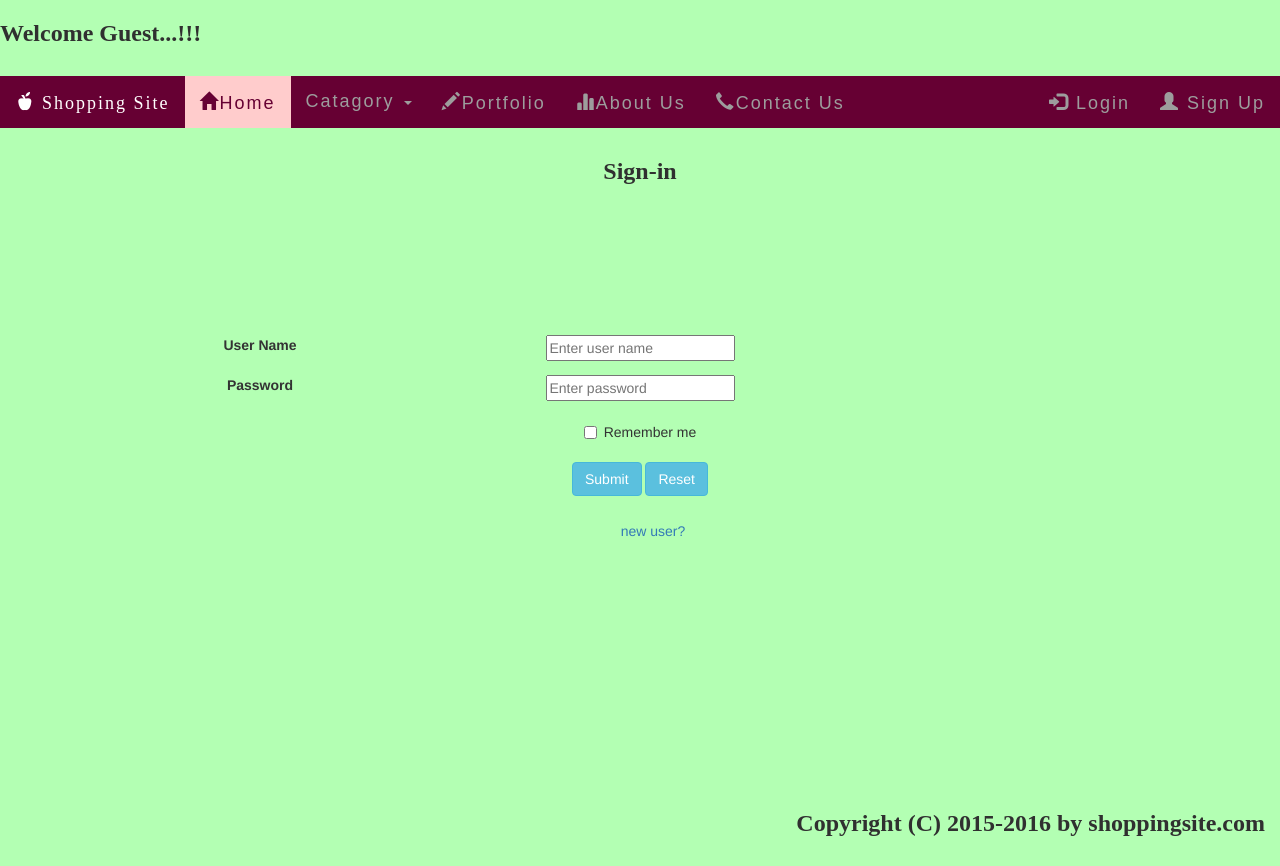
Repository: priyasuthakar/priya
Page: http://localhost/Apple/WEB-INF/views/login.jsp
The author's editor kept a copy of each file at every save. The page is drawn from the files as they stood at one save, then again after the next save.
The browser window is 1280 px wide. The pictures show the whole page.
The page is served by Tomcat 9. Nobody is signed in. The template is opened directly, without the code that normally fills it, so the values that code supplies are empty.

Above is the page before, as saved 2016-08-23 15:20:46.

After the next save:
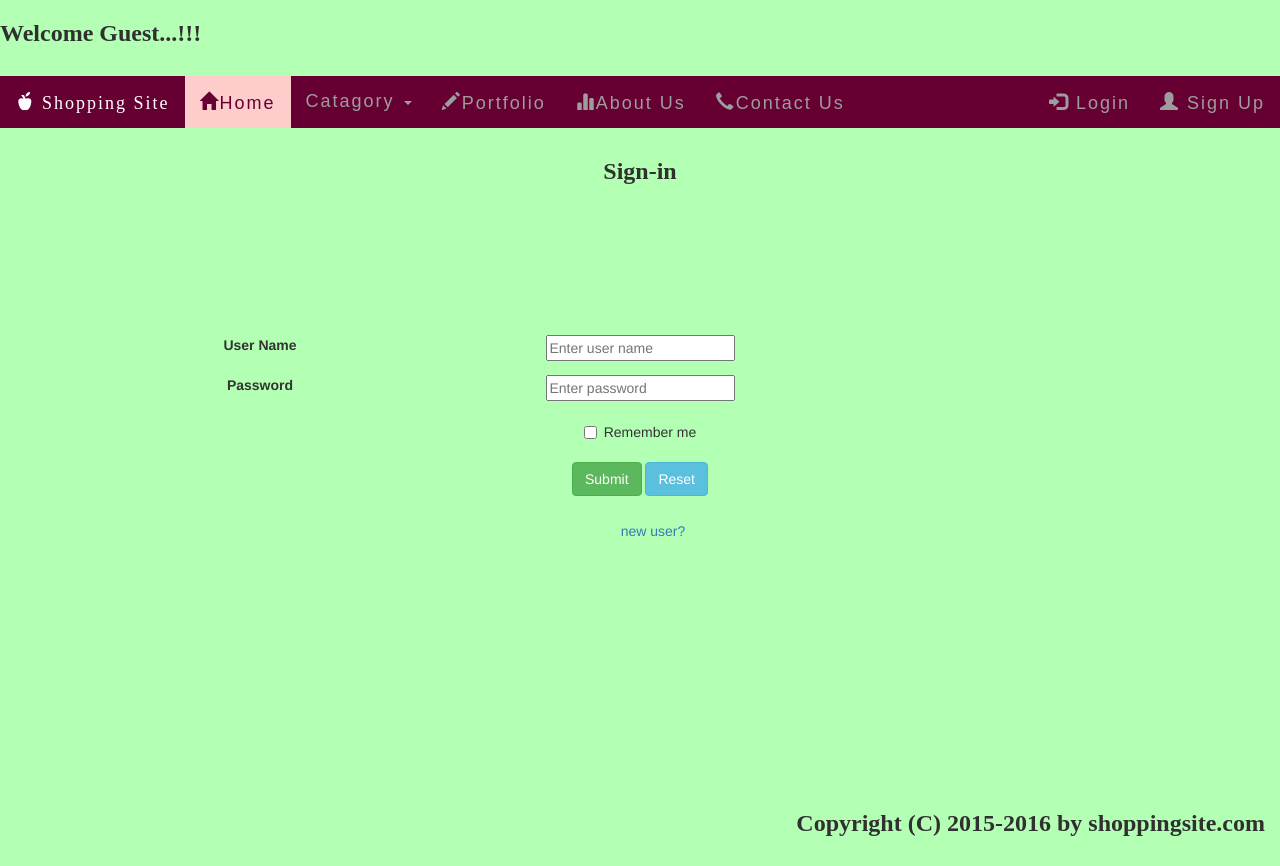
Saved 1 s later.
--- a/Apple/src/main/webapp/WEB-INF/views/login.jsp
+++ b/Apple/src/main/webapp/WEB-INF/views/login.jsp
@@ -102,8 +102,8 @@ footer .glyphicon {
 				</div>
 				<br>
 				<div>
-					<input type="submit" class="btn btn-info" /> <input type="reset"
-						class="btn btn-info" />
+					<input type="submit" class="btn btn-success" />
+					<input type="reset"	class="btn btn-info" />
 				</div>
 				<br>
 				<div>
@@ -113,7 +113,6 @@ footer .glyphicon {
 				</div>
 				<br> <br> <input type="hidden" name="${_csrf.parameterName }"
 					value="${_csrf.token}" />
-				<!-- 	<a href="login" class="btn btn-default" role="button">Reset</a> -->
 			</form>
 		</div>
 	</center>
